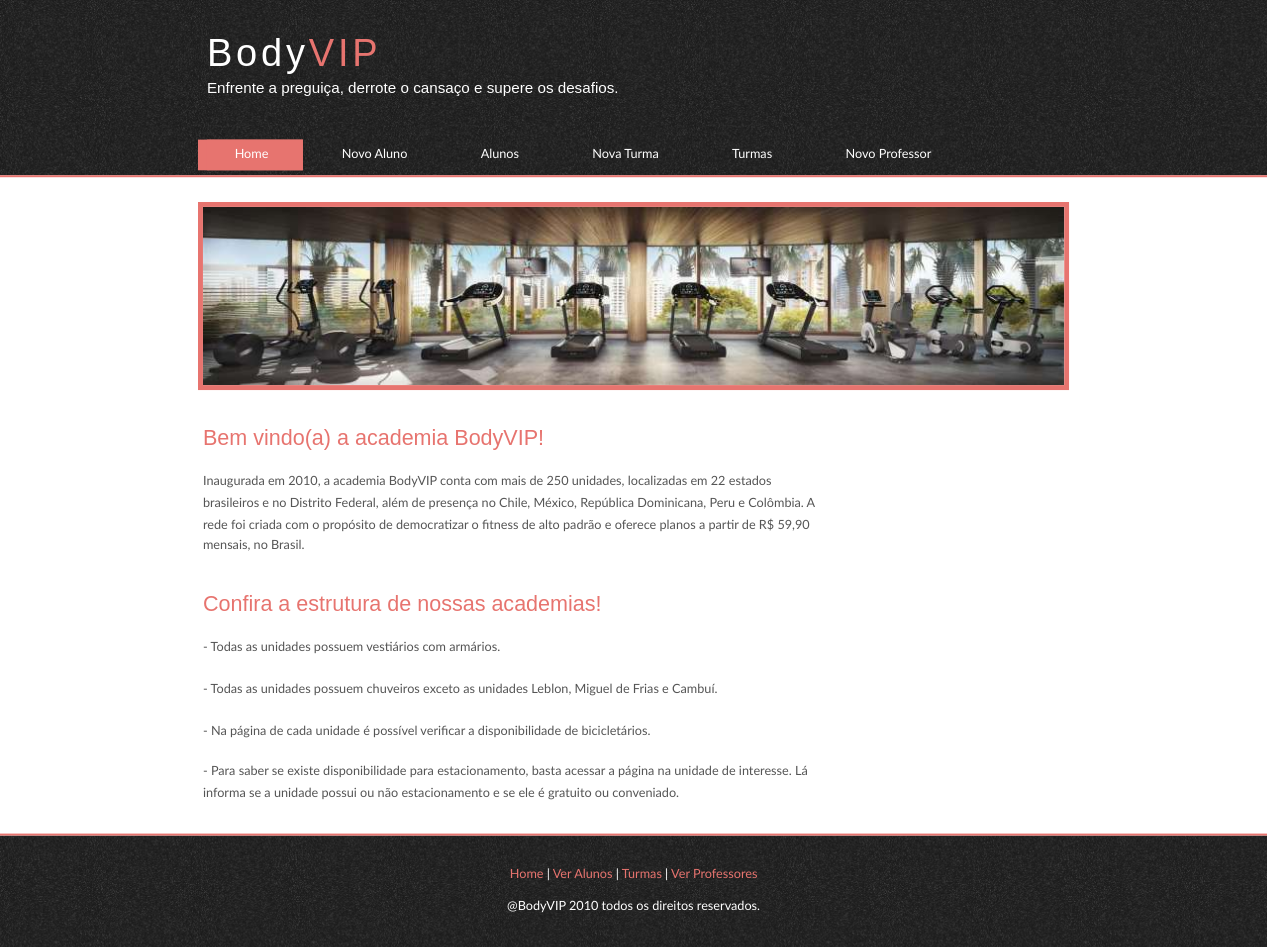
Repository: Thais-Ferreira/Projeto_bodyVIP
Page: http://localhost/BodyVIP/home.jsp
An editor plug-in stored every save of this project. The page is shown before and after the next save, followed by the edit.
The browser window is 1280 px wide. The pictures show the whole page, at 99% of full size.
The page is served by Tomcat 9. Other server files are loaded and not shown.

Above is the page before, as saved 2017-06-20 17:55:43.

### BodyVIP/WebContent/home.jsp
<%@ page language="java" contentType="text/html; charset=ISO-8859-1"
    pageEncoding="ISO-8859-1"%>
<!DOCTYPE html PUBLIC "-//W3C//DTD HTML 4.01 Transitional//EN" "http://www.w3.org/TR/html4/loose.dtd">
<html>
<head>
	<meta http-equiv="Content-Type" content="text/html; charset=ISO-8859-1">
	<link rel="stylesheet" type="text/css" href="css/style.css" />
	<title>Home</title>
</head>
<body>
	<div id="main">
    <div id="header">
      <div id="logo">
        <div id="logo_text">
          <h1><a href="home.jsp">Body<span class="logo_colour">VIP</span></a></h1>
          <h2>Enfrente a preguiça, derrote o cansaço e supere os desafios.</h2>
        </div>
      </div>
      <div id="menubar">
        <ul id="menu">
          <li class="selected"><a href="home.jsp">Home</a></li>
          <li><a href="AlunoController?acao=cadastro">Novo Aluno</a></li>
          <li><a href="AlunoController?acao=buscaLista">Alunos</a></li>
          <li><a href="TurmaController?acao=cadastro">Nova Turma</a></li>
          <li><a href="TurmaController?acao=buscaLista">Turmas</a></li>
          <li><a href="ProfessorController?acao=cadastro">Novo Professor</a></li>
          <li><a href="ProfessorController?acao=buscaLista">Professores</a></li>
        </ul>
      </div>
    </div>
    <div id="content_header"></div>
    <div id="site_content">
      <div id="banner"></div>

      <div id="content">
        <h1>Bem vindo(a) a academia BodyVIP!</h1>
        <p>Inaugurada em 2010, a academia BodyVIP conta com mais de 250 unidades, localizadas em 22 estados brasileiros
        e no Distrito Federal, além de presença no Chile, México, República Dominicana, Peru e Colômbia.
        A rede foi criada com o propósito de democratizar o fitness de alto padrão e oferece planos
        a partir de R$ 59,90 mensais, no Brasil.
		</p>
        <h1>Confira a estrutura de nossas academias!</h1>
        <p>- Todas as unidades possuem vestiários com armários.</p>
        <p>- Todas as unidades possuem chuveiros exceto as unidades Leblon, Miguel de Frias e Cambuí.</p>
        <p>- Na página de cada unidade é possível verificar a disponibilidade de bicicletários. </p>
        <p>- Para saber se existe disponibilidade para estacionamento, basta acessar a página na unidade de
        interesse. Lá informa se a unidade possui ou não estacionamento e se ele é gratuito ou conveniado. </p>
      </div>
    </div>
    <div id="content_footer"></div>
    <div id="footer">
      <p><a href="home.jsp">Home</a> | <a href="AlunoController?acao=buscaLista">Ver Alunos</a> | <a href="another_page.html">Turmas</a> | <a href="ProfessorController?acao=buscaLista">Ver Professores</a></p>
      <p>@BodyVIP 2010 todos os direitos reservados.</p>
    </div>
  </div>
</body>
</html>

### BodyVIP/WebContent/css/style.css
@CHARSET "ISO-8859-1";

html
{ height: 100%;}

*
{ margin: 0;
  padding: 0;}

body
{ font: normal .80em 'trebuchet ms', arial, sans-serif;
  background: #FFF;
  color: #555;}

p
{ padding: 0 0 20px 0;
  line-height: 1.7em;}

img
{ border: 0;}

h1, h2, h3, h4, h5, h6
{ color: #E7746F;
  letter-spacing: 0em;
  padding: 0 0 5px 0;}

h1, h2, h3
{ font: normal 170% 'century gothic', arial;
  margin: 0 0 15px 0;
  padding: 15px 0 5px 0;}

h2
{ font-size: 160%;
  padding: 9px 0 5px 0;}

h3
{ font-size: 140%;
  padding: 5px 0 0 0;}

h4, h6
{ color: #009FBC;
  padding: 0 0 5px 0;
  font: normal 110% arial;
  text-transform: uppercase;}

h5, h6
{ color: #888;
  font: normal 95% arial;
  letter-spacing: normal;
  padding: 0 0 15px 0;}

a, a:hover
{ outline: none;
  text-decoration: underline;
  color: #009FBC;}

a:hover
{ text-decoration: none;}

blockquote
{ margin: 20px 0;
  padding: 10px 20px 0 20px;
  border: 1px solid #E5E5DB;
  background: #FFF;}

ul
{ margin: 2px 0 22px 17px;}

ul li
{ list-style-type: circle;
  margin: 0 0 6px 0;
  padding: 0 0 4px 5px;
  line-height: 1.5em;}

ol
{ margin: 8px 0 22px 20px;}

ol li
{ margin: 0 0 11px 0;}

.left
{ float: left;
  width: auto;
  margin-right: 10px;}

.right
{ float: right;
  width: auto;
  margin-left: 10px;}

.center
{ display: block;
  text-align: center;
  margin: 20px auto;}

#main, #logo, #menubar, #site_content, #footer
{ margin-left: auto;
  margin-right: auto;}

#header
{ background: #1d1d1d url(../imagens/pattern.png) repeat;
  border-bottom: 2px solid #E7746F;
  height: 177px;}

#banner
{ background: transparent url(../imagens/banner.jpg) no-repeat;
  width: 870px;
  height: 180px;
  margin-bottom: 20px;
  border: 5px solid #E7746F;}

#logo
{ width: 880px;
  position: relative;
  height: 140px;
  background: transparent;}

#logo #logo_text
{ position: absolute;
  top: 10px;
  left: 0;}

#logo h1, #logo h2
{ font: normal 300% 'century gothic', arial, sans-serif;
  border-bottom: 0;
  text-transform: none;
  margin: 0 0 0 9px;}

#logo_text h1, #logo_text h1 a, #logo_text h1 a:hover
{ padding: 22px 0 0 0;
  color: #FFF;
  letter-spacing: 0.1em;
  text-decoration: none;}

#logo_text h1 a .logo_colour
{ color: #E7746F;}

#logo_text a:hover .logo_colour
{ color: #FFF;}

#logo_text h2
{ font-size: 120%;
  padding: 4px 0 0 0;
  color: #FFF;}

#menubar
{ width: 880px;
  height: 46px;}

ul#menu
{ float: right;
  margin: 0;}

ul#menu li
{ float: left;
  padding: 0 0 0 9px;
  list-style: none;
  margin: 1px 2px 0 0;
  background: transparent;}

ul#menu li a
{ font: normal 100% 'trebuchet ms', sans-serif;
  display: block;
  float: left;
  height: 20px;
  padding: 6px 35px 5px 28px;
  text-align: center;
  color: #FFF;
  text-decoration: none;
  background: transparent;}

ul#menu li.selected a
{ height: 20px;
  padding: 6px 35px 5px 28px;}

ul#menu li.selected
{ margin: 1px 2px 0 0;
  background: #E7746F;}

ul#menu li.selected a, ul#menu li.selected a:hover
{ background: #E7746F;
  color: #FFF;}

ul#menu li a:hover
{ color: #FFF;
  background: #E7746F;}

#site_content
{ width: 880px;
  overflow: hidden;
  margin: 20px auto 0 auto;
  padding: 0 0 10px 0;}

#sidebar_container
{ float: right;
  width: 224px;}

.sidebar_top
{ width: 222px;
  height: 14px;
  background: transparent url(../imagens/side_top.png) no-repeat;}

.sidebar_base
{ width: 222px;
  height: 14px;
  background: url(../imagens/side_base.png) no-repeat;}

.sidebar
{ float: right;
  width: 222px;
  padding: 0;
  margin: 0 0 16px 0;}

.sidebar_item
{ background: url(../imagens/side_back.png) repeat-y;
  padding: 0 15px;
  width: 192px;}

.sidebar li a.selected
{ color: #444;}

.sidebar ul
{ margin: 0;}

#content
{ text-align: left;
  width: 620px;
  padding: 0 0 0 5px;
  float: left;}

#content ul
{ margin: 2px 0 22px 0px;}

#content ul li, .sidebar ul li
{ list-style-type: none;
  background: url(../imagens/bullet.png) no-repeat;
  margin: 0 0 0 0;
  padding: 0 0 4px 25px;
  line-height: 1.5em;}

#footer
{ width: 100%;
  font-family: 'trebuchet ms', sans-serif;
  font-size: 100%;
  height: 80px;
  padding: 28px 0 5px 0;
  text-align: center;
  background: transparent url(../imagens/pattern.png) repeat;
  border-top: 2px solid #E7746F;
  color: #FFF;}

#footer p
{ line-height: 1.7em;
  padding: 0 0 10px 0;}

#footer a
{ color: #E7746F;
  text-decoration: none;}

#footer a:hover
{ color: #FFF;
  text-decoration: none;}

.search
{ color: #5D5D5D;
  border: 1px solid #BBB;
  width: 134px;
  padding: 4px;
  font: 100% arial, sans-serif;}

.form_settings
{ margin: 15px 0 0 0;}

.form_settings p
{ padding: 0 0 4px 0;}

.form_settings span
{ float: left;
  width: 200px;
  text-align: left;}

.form_settings input, .form_settings textarea
{ padding: 5px;
  width: 299px;
  font: 100% arial;
  border: 1px solid #E5E5DB;
  background: #FFF;
  color: #47433F;}

.form_settings .submit
{ font: 100% arial;
  border: 0;
  width: 99px;
  margin: 0 0 0 212px;
  height: 33px;
  padding: 2px 0 3px 0;
  cursor: pointer;
  background: #E7746F;
  color: #FFF;}

.form_settings textarea, .form_settings select
{ font: 100% arial;
  width: 299px;}

.form_settings select
{ width: 310px;}

.form_settings .checkbox
{ margin: 4px 0;
  padding: 0;
  width: 14px;
  border: 0;
  background: none;}

.separator
{ width: 100%;
  height: 0;
  border-top: 1px solid #D9D5CF;
  border-bottom: 1px solid #FFF;
  margin: 0 0 20px 0;}

table
{ margin: 0 0 30px 0;}

table tr th, table tr td
{ background: #E5E5DB;
  color: #47433F;
  padding: 7px 4px;
  text-align: center;}

table tr td
{ background: #E5E5DB;
  color: #47433F;
  border-top: 1px solid #FFF;}

After the next save:
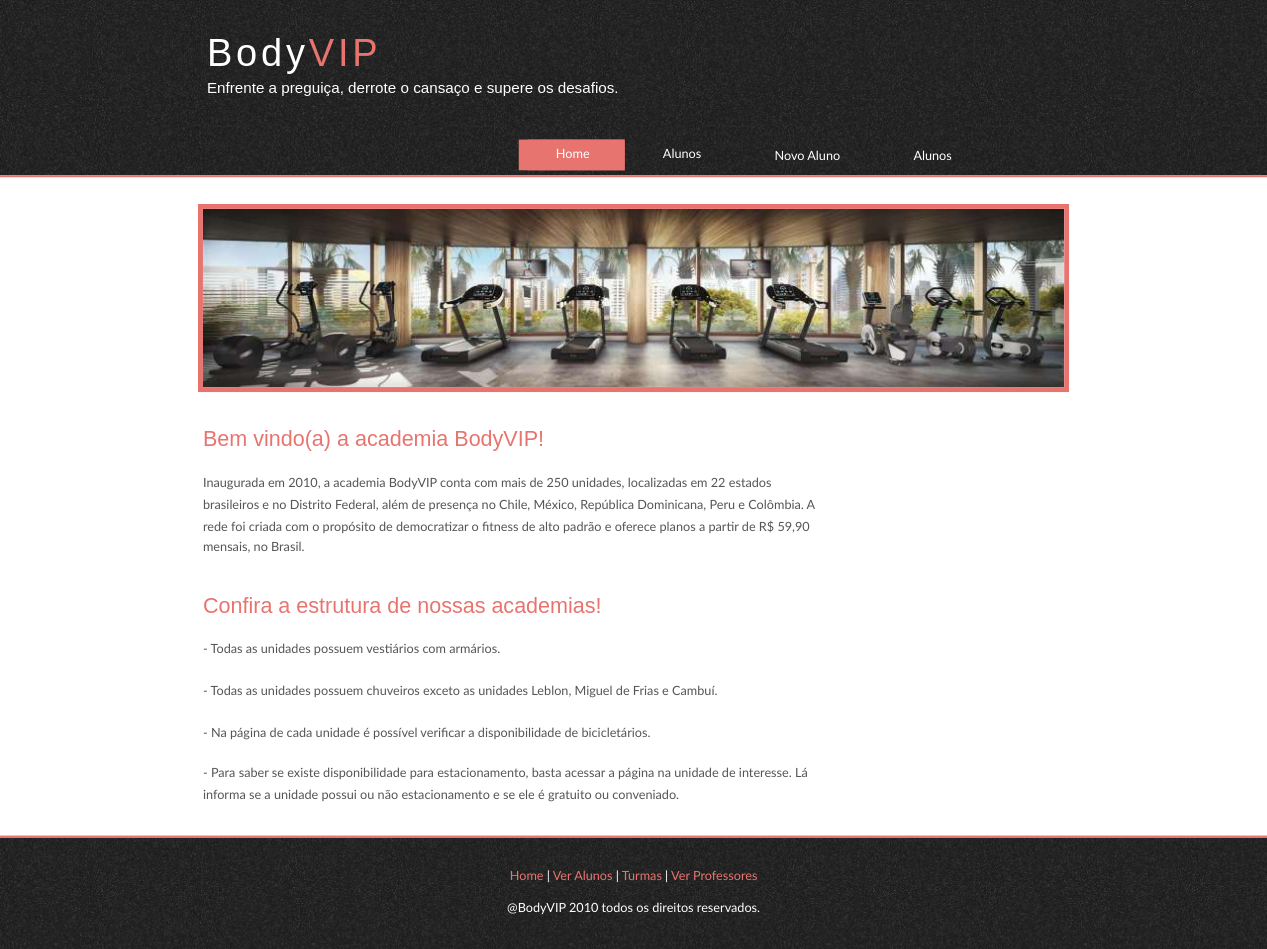
Saved 4 min 0 s later.
--- a/BodyVIP/WebContent/home.jsp
+++ b/BodyVIP/WebContent/home.jsp
@@ -19,8 +19,12 @@
       <div id="menubar">
         <ul id="menu">
           <li class="selected"><a href="home.jsp">Home</a></li>
-          <li><a href="AlunoController?acao=cadastro">Novo Aluno</a></li>
-          <li><a href="AlunoController?acao=buscaLista">Alunos</a></li>
+          <li><a href="#">Alunos</a></li>
+          <ul>
+          	<li><a href="AlunoController?acao=cadastro">Novo Aluno</a></li>
+          	<li><a href="AlunoController?acao=buscaLista">Alunos</a></li>
+          </ul>
+
           <li><a href="TurmaController?acao=cadastro">Nova Turma</a></li>
           <li><a href="TurmaController?acao=buscaLista">Turmas</a></li>
           <li><a href="ProfessorController?acao=cadastro">Novo Professor</a></li>
